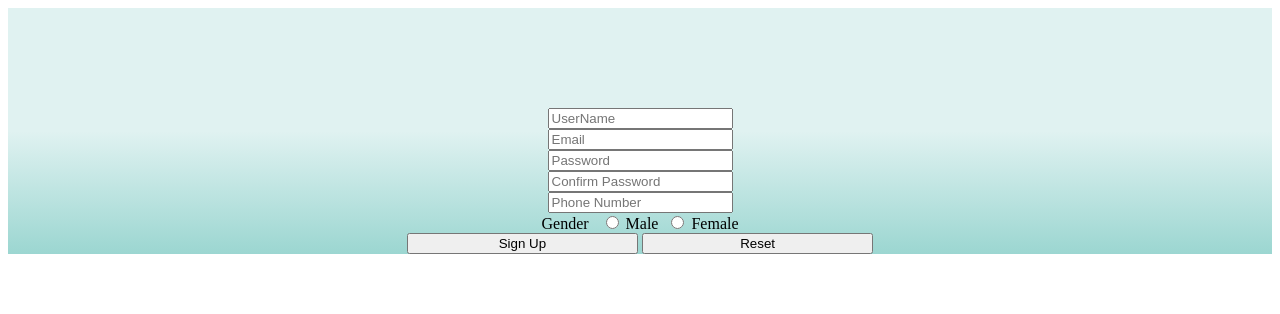
Repository: Indurupi/FriendZone
Page: FriendZoneFrontEnd/WebContent/signup.html
The author's editor kept a copy of each file at every save. The page is drawn from the files as they stood at one save, then again after the next save.
The browser window is 1280 px wide. The pictures show the whole page.

Above is the page before, as saved 2017-03-18 15:26:03.

### FriendZoneFrontEnd/WebContent/signup.html
<!DOCTYPE html>
<html>
<head>
<meta charset="ISO-8859-1">
<title>FriendZone</title>
<style type="text/css">
.form-control:focus {
	border: 2px solid #009688;
}

#signupdiv {
	background: linear-gradient(to bottom, #e0f2f1 50%, #80cbc4 120%);
	color: #ffffff;
	padding-top: 100px;
	height: 91%;
}


</style>
</head>
<body ng-app="friendzoneApp">

	<div id="signupdiv" align="center" ng-controller="homecontrol as home">
		<form ng-submit="home.submit()">

			<div class="input-group" id="LoginPassword">
				<span class="input-group-addon" id="basic-addon1">
					<div class="glyphicon glyphicon-lock"></div>
				</span> <input type="text" class="form-control" placeholder="UserName"
					aria-describedby="basic-addon1" ng-model="home.user1.username" />
			</div>

			<div class="input-group" id="LoginUsername">
				<span class="input-group-addon" id="basic-addon1">
					<div class="glyphicon glyphicon-user"></div>
				</span> <input type="text" class="form-control" placeholder="Email"
					aria-describedby="basic-addon1" ng-model="home.user1.emailid" />
			</div>

			<div class="input-group">
				<span class="input-group-addon" id="basic-addon1">
					<div class="glyphicon glyphicon-lock"></div>
				</span> <input type="password" class="form-control" placeholder="Password"
					aria-describedby="basic-addon1" ng-model="home.user1.password" />
			</div>

			<div class="input-group">
				<span class="input-group-addon" id="basic-addon1">
					<div class="glyphicon glyphicon-lock"></div>
				</span> <input type="password" class="form-control"
					placeholder="Confirm Password" aria-describedby="basic-addon1" />
			</div>
			<div class="input-group">
				<span class="input-group-addon" id="basic-addon1">
					<div class="glyphicon glyphicon-phone"></div>
				</span> <input type="text" class="form-control" placeholder="Phone Number"
					aria-describedby="basic-addon1" ng-model="home.user1.phno" />
			</div>

			<!--<div class="input-group"> -->
			<!--<span class="input-group-addon" id="basic-addon1"> -->
			<!--<div class="glyphicon glyphicon-calendar"></div> -->
			<!--</span> <input type="date" class="form-control" placeholder="DateOfBirth" -->
			<!--		aria-describedby="basic-addon1" /> -->
			<!--</div> -->

			<div class="input-group" style="color: #000000">

				<label style="color: #000000">Gender &nbsp; </label> <input
					style="color: #000000" type="radio" value="male" />&nbsp;Male&nbsp;
				<input style="color: #000000" type="radio" value="female" />&nbsp;Female
			</div>

			<!-- 			<ul class="dropdown-menu" role="menu" aria-labelledby="dropdownMenu">
				<li value="male" ng-model="home.user1.gender">Male</li>
				<li value="female" ng-model="home.user1.gender">Female</li>

			</ul> -->

			<button class="btn" id="custom-button" style="width: 18.3%" type="submit">Sign Up</button>
			<button class="btn" id="custom-button" style="width: 18.3%" ng-click="home.reset()"
				type="reset">Reset</button>
		</form>

<!-- 		<div ng-repeat="user in home.users1" style="color:#000000"> -->
<!-- 		Username:{{user.username}}<br> -->
<!-- 		password:{{user.password}}<br> -->
<!-- 		phonenumber:{{user.phno}}<br> -->
<!-- 		status:{{user.status}}<br> -->
<!-- 		emailid:{{user.emailid}}<br> -->
<!-- 		</div> -->
	</div>

</body>

<!-- <script src="js/jquery-1.10.1.min.js"></script>
<script src="js/jquery.min.js"></script>
<script src="js/bootstrap.min.js"></script>
<script src="js/jquery-1.7.2.min.js"></script>
<script src="js/angular.min.js"></script>
<script src="js/angular-route.js"></script>
<script src="js/app.js"></script>
<script src="js/controller/blogcontroller.js"></script>
<script src="js/service/blogservice.js"></script>
<script src="js/controller/homecontroller.js"></script>
<script src="js/service/homeservice.js"></script>
 -->
</html>

After the next save:
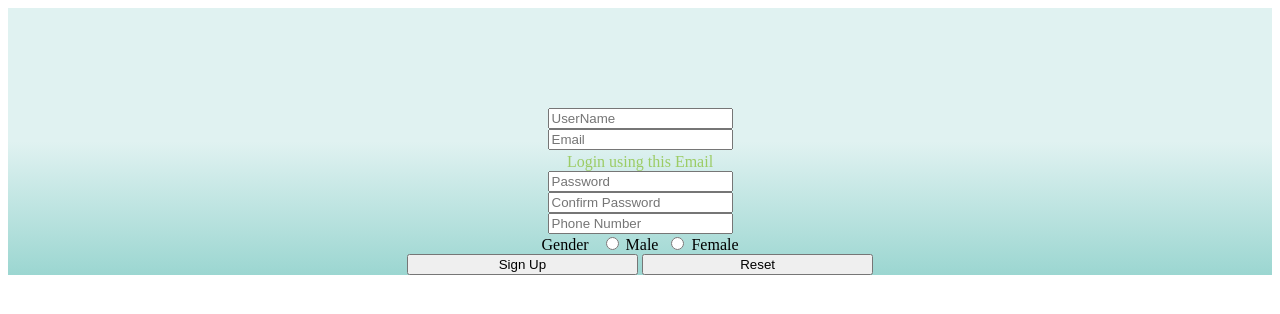
Saved 2 min 16 s later.
--- a/FriendZoneFrontEnd/WebContent/signup.html
+++ b/FriendZoneFrontEnd/WebContent/signup.html
@@ -14,8 +14,6 @@
 	padding-top: 100px;
 	height: 91%;
 }
-
-
 </style>
 </head>
 <body ng-app="friendzoneApp">
@@ -35,6 +33,10 @@
 					<div class="glyphicon glyphicon-user"></div>
 				</span> <input type="text" class="form-control" placeholder="Email"
 					aria-describedby="basic-addon1" ng-model="home.user1.emailid" />
+			</div>
+			<div style="margin-top: 3px; color: #9ccc65;">
+				<span class="glyphicon glyphicon-hand-up"> </span> Login using this
+				Email
 			</div>
 
 			<div class="input-group">
@@ -77,18 +79,19 @@
 
 			</ul> -->
 
-			<button class="btn" id="custom-button" style="width: 18.3%" type="submit">Sign Up</button>
-			<button class="btn" id="custom-button" style="width: 18.3%" ng-click="home.reset()"
-				type="reset">Reset</button>
+			<button class="btn" id="custom-button" style="width: 18.3%"
+				type="submit">Sign Up</button>
+			<button class="btn" id="custom-button" style="width: 18.3%"
+				ng-click="home.reset()" type="reset">Reset</button>
 		</form>
 
-<!-- 		<div ng-repeat="user in home.users1" style="color:#000000"> -->
-<!-- 		Username:{{user.username}}<br> -->
-<!-- 		password:{{user.password}}<br> -->
-<!-- 		phonenumber:{{user.phno}}<br> -->
-<!-- 		status:{{user.status}}<br> -->
-<!-- 		emailid:{{user.emailid}}<br> -->
-<!-- 		</div> -->
+		<!-- 		<div ng-repeat="user in home.users1" style="color:#000000"> -->
+		<!-- 		Username:{{user.username}}<br> -->
+		<!-- 		password:{{user.password}}<br> -->
+		<!-- 		phonenumber:{{user.phno}}<br> -->
+		<!-- 		status:{{user.status}}<br> -->
+		<!-- 		emailid:{{user.emailid}}<br> -->
+		<!-- 		</div> -->
 	</div>
 
 </body>
